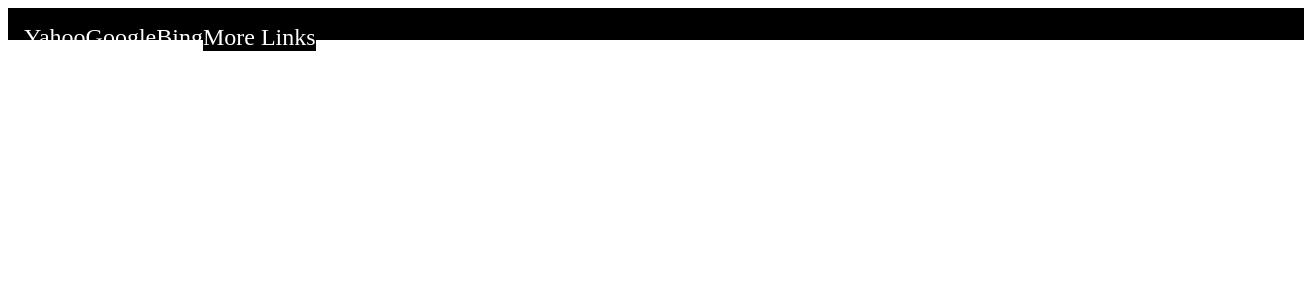
Repository: brody-toth/brody-toth.github.io
Page: index.html
The author's editor kept a record of every edit. The page is drawn from the files as they stood at one moment, then again after the next edit.
The browser window is 1280 px wide. The page is 1304 px wide, so the pictures cover 1304 px, including what lies to the right of the window. The pictures show the whole page.

Above is the page before.

After the next edit:
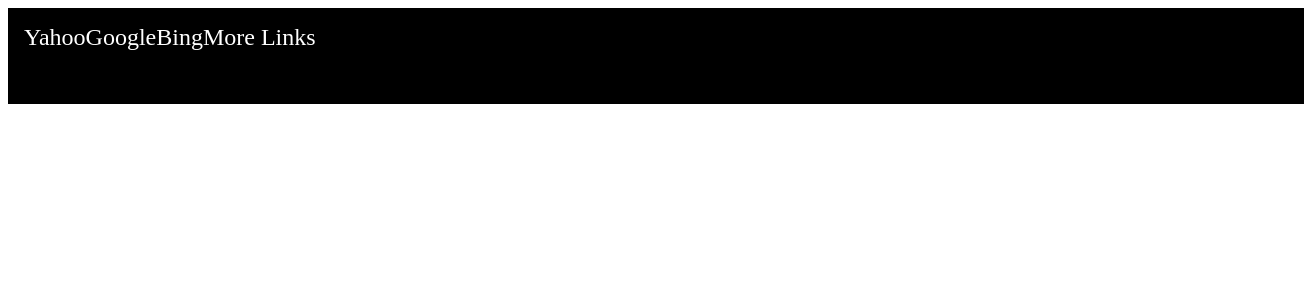
The edit:
--- a/index.html
+++ b/index.html
@@ -10,6 +10,7 @@
                 background-color: black;
                 width: 100%;
                 padding: 16px;
+                height: 64px;
             }
             .navbar a:hover, .morelinks:hover{
                 background-color: darkgray;
